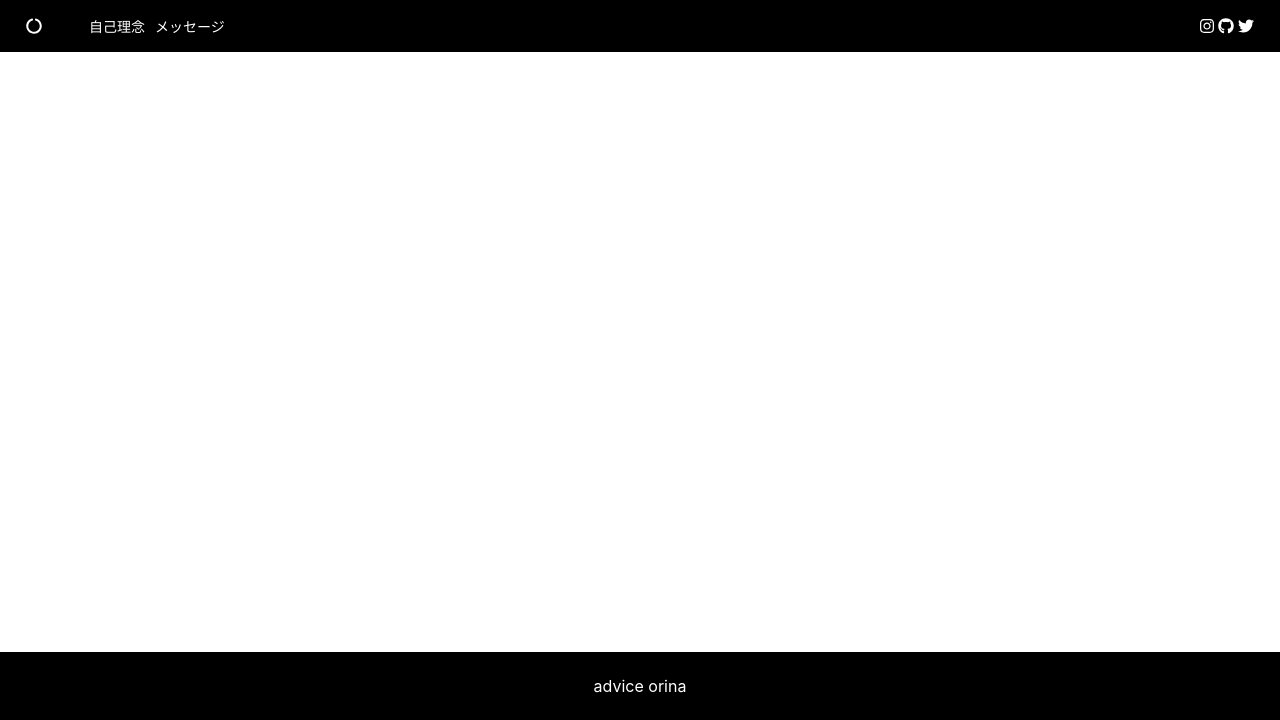
Repository: Rujuu-prog/react-mysite
Page: /
An editor plug-in stored every save of this project. The page is shown before and after the next save, followed by the edit.
The browser window is 1280 px wide. The pictures show the whole page.
The project was rebuilt for these pictures with package versions that can differ from the ones it lists, and the page was loaded fresh each time. A package was used in the major version that the imports need, not the one package.json lists.

Above is the page before, as saved 2021-05-12 22:52:06.

After the next save:
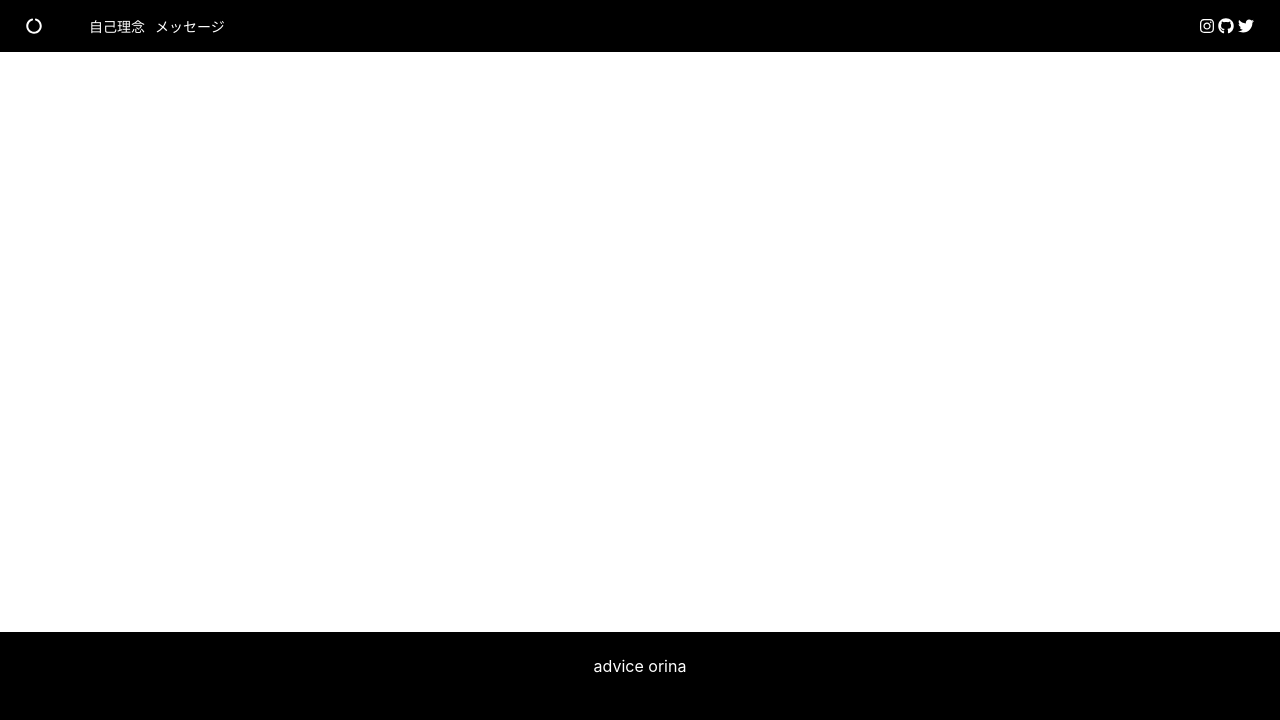
Saved 22 s later.
--- a/src/components/atoms/layout/Footer.tsx
+++ b/src/components/atoms/layout/Footer.tsx
@@ -12,4 +12,5 @@ const SFooter = styled.footer`
     position: fixed;
     bottom: 0;
     width: 100%;
+    height: 10%;
 `;
